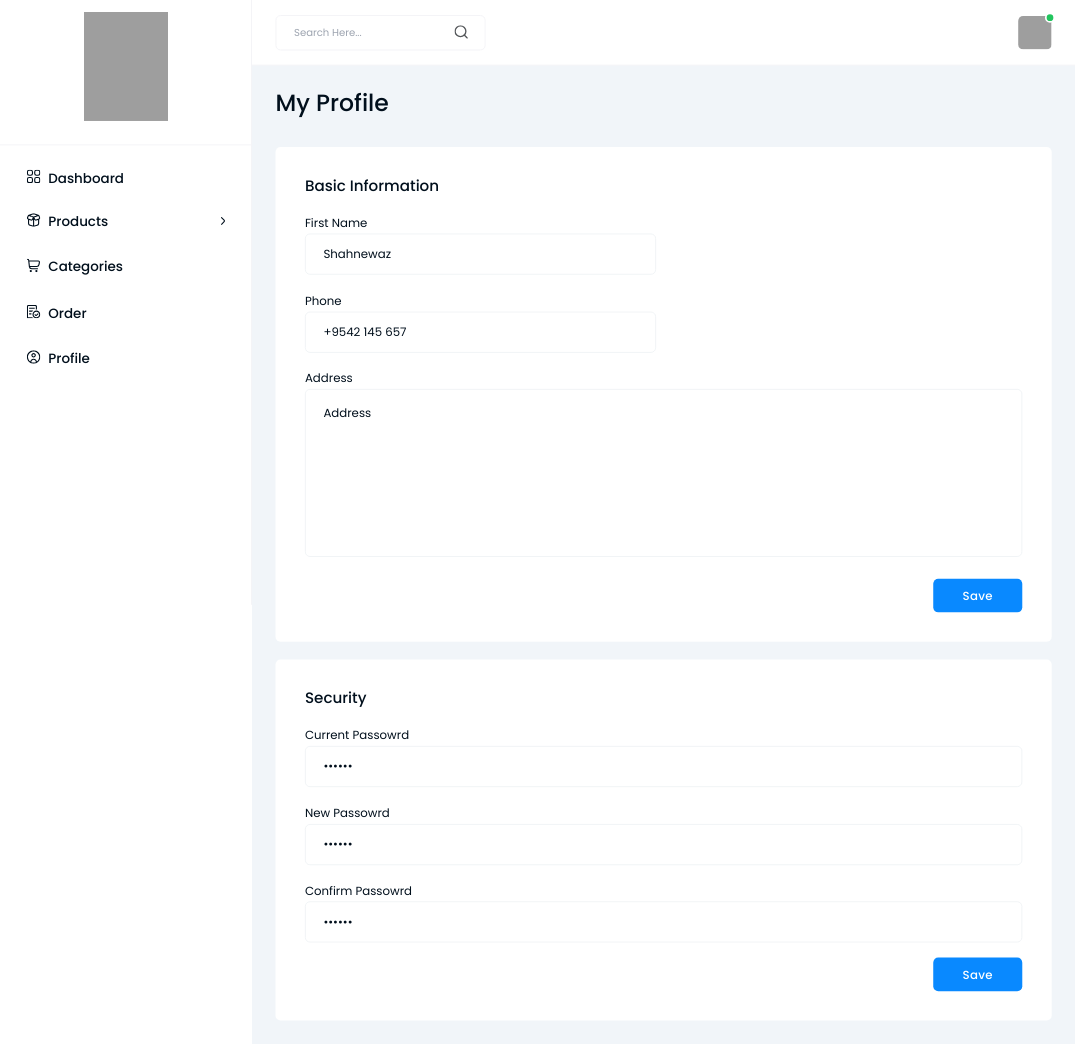
Repository: tienaq123/DuAn_1
Page: http://localhost/Duan1/Admin/profile.php
These files come from the project's save history. The page is drawn as it stood at one moment and after the next save; the edit follows.
The browser window is 1280 px wide. The pictures show the whole page, at 84% of full size.
Pictures or frames that could not be fetched are drawn as grey boxes. The page is run by PHP 8.4 with error messages shown; the project is at /var/www/html/.

Above is the page before, as saved 2023-07-27 20:54:41.

### Admin/profile.php
<!DOCTYPE html>
<html lang="en">

<head>
  <meta charset="UTF-8" />
  <meta http-equiv="X-UA-Compatible" content="IE=edge" />
  <meta name="viewport" content="width=device-width, initial-scale=1.0" />
  <title>ADMIN Cake</title>
  <link rel="shortcut icon" href="./../Public/img/favicon/favicon.ico" type="image/x-icon" />

  <!-- css links -->
  <link rel="stylesheet" href="assets/css/perfect-scrollbar.css" />
  <link rel="stylesheet" href="assets/css/choices.css" />
  <link rel="stylesheet" href="assets/css/apexcharts.css" />
  <link rel="stylesheet" href="assets/css/quill.css" />
  <link rel="stylesheet" href="assets/css/rangeslider.css" />
  <link rel="stylesheet" href="assets/css/custom.css" />
  <link rel="stylesheet" href="assets/css/main.css" />
</head>

<body>
  <div class="tp-main-wrapper bg-slate-100 h-screen" x-data="{ sideMenu: false }">
    <?php
    include '../Template/sideMenu.php'
    ?>

    <div class="fixed top-0 left-0 w-full h-full z-40 bg-black/70 transition-all duration-300" :class="sideMenu ? 'visible opacity-1' : '  invisible opacity-0 '" x-on:click="sideMenu = ! sideMenu"></div>

    <div class="tp-main-content lg:ml-[250px] xl:ml-[300px] w-[calc(100% - 300px)]" x-data="{ searchOverlay: false }">

      <!-- Header Admin -->
      <?php
      include '../Template/header_admin.php'
      ?>

      <div class="body-content px-8 py-8 bg-slate-100">
        <div class="flex justify-between mb-10">
          <div class="page-title">
            <h3 class="mb-0 text-[28px]">My Profile</h3>
          </div>
        </div>

        <!-- content here -->



        <div class="">
          <div class="grid grid-cols-12 gap-6">
            <div class="col-span-12 2xl:col-span-8">
              <div class="py-10 px-10 bg-white rounded-md">
                <h5 class="text-xl mb-6">Basic Information</h5>

                <div class="">
                  <div class="grid grid-cols-1 sm:grid-cols-2 gap-5">
                    <div class="mb-5">
                      <p class="mb-0 text-base text-black">First Name</p>
                      <input class="input w-full h-[49px] rounded-md border border-gray6 px-6 text-base text-black" type="text" placeholder="Name" value="Shahnewaz" />
                    </div>
                  </div>

                  <div class="grid grid-cols-1 sm:grid-cols-2 gap-5">
                    <div class="mb-5">
                      <p class="mb-0 text-base text-black">Phone</p>
                      <input class="input w-full h-[49px] rounded-md border border-gray6 px-6 text-base text-black" type="text" placeholder="Phone" value="+9542 145 657" />
                    </div>
                  </div>
                  <div class="mb-5">
                    <p class="mb-0 text-base text-black">Address</p>
                    <textarea class="input w-full h-[200px] py-4 rounded-md border border-gray6 px-6 text-base resize-none text-black" placeholder="Bio">Address</textarea>
                  </div>
                  <div class="text-end mt-5">
                    <button class="tp-btn px-10 py-2">Save</button>
                  </div>
                </div>
              </div>
            </div>
            <div class="col-span-12 2xl:col-span-4">
              <div class="py-10 px-10 bg-white rounded-md">
                <h5 class="text-xl mb-6">Security</h5>

                <div class="">
                  <div class="mb-5">
                    <p class="mb-0 text-base text-black">Current Passowrd</p>
                    <input class="input w-full h-[49px] rounded-md border border-gray6 px-6 text-base text-black" type="password" placeholder="Current Passowrd" value="123456" />
                  </div>
                  <div class="mb-5">
                    <p class="mb-0 text-base text-black">New Passowrd</p>
                    <input class="input w-full h-[49px] rounded-md border border-gray6 px-6 text-base text-black" type="password" placeholder="New Password" value="123456" />
                  </div>
                  <div class="mb-5">
                    <p class="mb-0 text-base text-black">Confirm Passowrd</p>
                    <input class="input w-full h-[49px] rounded-md border border-gray6 px-6 text-base text-black" type="password" placeholder="Confirm Password" value="123456" />
                  </div>
                  <div class="text-end mt-5">
                    <button class="tp-btn px-10 py-2">Save</button>
                  </div>
                </div>
              </div>
            </div>
          </div>
        </div>
      </div>
    </div>
  </div>

  <script src="assets/js/alpine.js"></script>
  <script src="assets/js/perfect-scrollbar.js"></script>
  <script src="assets/js/choices.js"></script>
  <script src="assets/js/chart.js"></script>
  <script src="assets/js/apexchart.js"></script>
  <script src="assets/js/quill.js"></script>
  <script src="assets/js/rangeslider.min.js"></script>
  <script src="assets/js/main.js"></script>
</body>

</html>

### Template/header_admin.php
<header class="relative z-10 bg-white border-b border-gray border-solid py-5 px-8 pr-8">
    <div class="flex justify-between">
        <div class="flex items-center space-x-6 lg:space-x-0">
            <button type="button" class="block lg:hidden text-2xl text-black" x-on:click="sideMenu = ! sideMenu">
                <svg width="20" height="12" viewBox="0 0 20 12" fill="none" xmlns="http://www.w3.org/2000/svg">
                    <path d="M1 1H19" stroke="currentColor" stroke-width="1.5" stroke-linecap="round" />
                    <path d="M1 6H19" stroke="currentColor" stroke-width="1.5" stroke-linecap="round" />
                    <path d="M1 11H19" stroke="currentColor" stroke-width="1.5" stroke-linecap="round" />
                </svg>
            </button>
            <div class="w-[30%] hidden md:block">
                <form action="#">
                    <div class="w-[250px] relative">
                        <input class="input h-12 w-full pr-[45px]" type="text" placeholder="Search Here..." />
                        <button class="absolute top-1/2 right-6 translate-y-[-50%] hover:text-theme">
                            <svg class="-translate-y-[2px]" width="16" height="16" viewBox="0 0 20 20" fill="none" xmlns="http://www.w3.org/2000/svg">
                                <path d="M9 17C13.4183 17 17 13.4183 17 9C17 4.58172 13.4183 1 9 1C4.58172 1 1 4.58172 1 9C1 13.4183 4.58172 17 9 17Z" stroke="currentColor" stroke-width="2" stroke-linecap="round" stroke-linejoin="round"></path>
                                <path d="M18.9999 19L14.6499 14.65" stroke="currentColor" stroke-width="2" stroke-linecap="round" stroke-linejoin="round"></path>
                            </svg>
                        </button>
                    </div>
                </form>
            </div>
        </div>

        <div class="flex items-center justify-end space-x-6">
            <div class="md:hidden">
                <button class="relative w-[40px] h-[40px] leading-[40px] rounded-md text-textBody border border-gray hover:bg-themeLight hover:text-theme hover:border-themeLight" x-on:click="searchOverlay = ! searchOverlay">
                    <svg class="-translate-y-[2px]" width="16" height="16" viewBox="0 0 20 20" fill="none" xmlns="http://www.w3.org/2000/svg">
                        <path d="M9 17C13.4183 17 17 13.4183 17 9C17 4.58172 13.4183 1 9 1C4.58172 1 1 4.58172 1 9C1 13.4183 4.58172 17 9 17Z" stroke="currentColor" stroke-width="2" stroke-linecap="round" stroke-linejoin="round"></path>
                        <path d="M18.9999 19L14.6499 14.65" stroke="currentColor" stroke-width="2" stroke-linecap="round" stroke-linejoin="round"></path>
                    </svg>
                </button>
            </div>

            <div class="relative w-[70%] flex justify-end items-center" x-data="{ userOption: false }">
                <button class="relative" type="button" x-on:click="userOption = ! userOption">
                    <img class="w-[40px] h-[40px] rounded-md" src="assets/img/users/user-10.jpg" alt="" />
                    <span class="w-[12px] h-[12px] inline-block bg-green-500 rounded-full absolute -top-[4px] -right-[4px] border-[2px] border-white"></span>
                </button>
                <div x-show="userOption" x-on:click.outside="userOption = false" x-transition:enter="transition ease-out duration-200 origin-top" x-transition:enter-start="opacity-0 scale-y-90" x-transition:enter-end="opacity-100 scale-y-100" x-transition:leave="transition ease-in duration-200 origin-top" x-transition:leave-start="opacity-100 scale-y-200" x-transition:leave-end="opacity-0 scale-y-90" class="absolute w-[280px] top-full right-0 shadow-lg rounded-md bg-white py-5 px-5">
                    <div class="flex items-center space-x-3 border-b border-gray pb-3 mb-2">
                        <div class="">
                            <img class="w-[50px] h-[50px] rounded-md" src="assets/img/users/user-10.jpg" alt="" />
                        </div>
                        <div class="">
                            <h5 class="text-base mb-1 leading-none">Shahnewaz</h5>
                            <p class="mb-0 text-tiny leading-none">
                                shahnewaz@mail.com
                            </p>
                        </div>
                    </div>
                    <ul>
                        <li>
                            <a href="index.html" class="px-5 py-2 w-full block hover:bg-gray rounded-md hover:text-theme text-base">Dashboard</a>
                        </li>
                        <li>
                            <a href="profile.html" class="px-5 py-2 w-full block hover:bg-gray rounded-md hover:text-theme text-base">
                                Account Settings
                            </a>
                        </li>
                        <li>
                            <a href="login.html" class="px-5 py-2 w-full block hover:bg-gray rounded-md hover:text-theme text-base">
                                Logout
                            </a>
                        </li>
                    </ul>
                </div>
            </div>
        </div>
    </div>

    <!-- search -->
    <div class="fixed top-0 left-0 w-full bg-white p-10 z-50 transition-transform duration-300 md:hidden" :class="searchOverlay ? 'translate-y-[0px]' : ' -translate-y-[230px] lg:translate-y-[0]'">
        <form action="#">
            <div class="relative mb-3">
                <input class="input h-12 w-full pr-[45px]" type="text" placeholder="Search Here..." />
                <button class="absolute top-1/2 right-6 translate-y-[-50%] hover:text-theme">
                    <svg class="-translate-y-[2px]" width="16" height="16" viewBox="0 0 20 20" fill="none" xmlns="http://www.w3.org/2000/svg">
                        <path d="M9 17C13.4183 17 17 13.4183 17 9C17 4.58172 13.4183 1 9 1C4.58172 1 1 4.58172 1 9C1 13.4183 4.58172 17 9 17Z" stroke="currentColor" stroke-width="2" stroke-linecap="round" stroke-linejoin="round"></path>
                        <path d="M18.9999 19L14.6499 14.65" stroke="currentColor" stroke-width="2" stroke-linecap="round" stroke-linejoin="round"></path>
                    </svg>
                </button>
            </div>
        </form>
        <div class="">
            <span class="text-tiny mr-2">Keywords :</span>
            <a href="#" class="inline-block px-3 py-1 border border-gray6 text-tiny leading-none rounded-[4px] hover:text-white hover:bg-theme hover:border-theme">Customer</a>
            <a href="#" class="inline-block px-3 py-1 border border-gray6 text-tiny leading-none rounded-[4px] hover:text-white hover:bg-theme hover:border-theme">Product</a>
            <a href="#" class="inline-block px-3 py-1 border border-gray6 text-tiny leading-none rounded-[4px] hover:text-white hover:bg-theme hover:border-theme">Orders</a>
        </div>
    </div>
    <div class="fixed top-0 left-0 w-full h-full z-40 bg-black/70 transition-all duration-300" :class="searchOverlay ? 'visible opacity-1' : '  invisible opacity-0 '" x-on:click="searchOverlay = ! searchOverlay"></div>
</header>

### Admin/assets/css/perfect-scrollbar.css
/*
 * Container style
 */
.ps {
  overflow: hidden !important;
  overflow-anchor: none;
  -ms-overflow-style: none;
  touch-action: auto;
  -ms-touch-action: auto;
}

/*
 * Scrollbar rail styles
 */
.ps__rail-x {
  display: none;
  opacity: 0;
  transition: background-color .2s linear, opacity .2s linear;
  -webkit-transition: background-color .2s linear, opacity .2s linear;
  height: 15px;
  /* there must be 'bottom' or 'top' for ps__rail-x */
  bottom: 0px;
  /* please don't change 'position' */
  position: absolute;
}

.ps__rail-y {
  display: none;
  opacity: 0;
  transition: background-color .2s linear, opacity .2s linear;
  -webkit-transition: background-color .2s linear, opacity .2s linear;
  width: 15px;
  /* there must be 'right' or 'left' for ps__rail-y */
  right: 0;
  /* please don't change 'position' */
  position: absolute;
}

.ps--active-x > .ps__rail-x,
.ps--active-y > .ps__rail-y {
  display: block;
  background-color: transparent;
}

.ps:hover > .ps__rail-x,
.ps:hover > .ps__rail-y,
.ps--focus > .ps__rail-x,
.ps--focus > .ps__rail-y,
.ps--scrolling-x > .ps__rail-x,
.ps--scrolling-y > .ps__rail-y {
  opacity: 0.6;
}

.ps .ps__rail-x:hover,
.ps .ps__rail-y:hover,
.ps .ps__rail-x:focus,
.ps .ps__rail-y:focus,
.ps .ps__rail-x.ps--clicking,
.ps .ps__rail-y.ps--clicking {
  background-color: #eee;
  opacity: 0.9;
}

/*
 * Scrollbar thumb styles
 */
.ps__thumb-x {
  background-color: #aaa;
  border-radius: 6px;
  transition: background-color .2s linear, height .2s ease-in-out;
  -webkit-transition: background-color .2s linear, height .2s ease-in-out;
  height: 6px;
  /* there must be 'bottom' for ps__thumb-x */
  bottom: 2px;
  /* please don't change 'position' */
  position: absolute;
}

.ps__thumb-y {
  background-color: #aaa;
  border-radius: 6px;
  transition: background-color .2s linear, width .2s ease-in-out;
  -webkit-transition: background-color .2s linear, width .2s ease-in-out;
  width: 6px;
  /* there must be 'right' for ps__thumb-y */
  right: 2px;
  /* please don't change 'position' */
  position: absolute;
}

.ps__rail-x:hover > .ps__thumb-x,
.ps__rail-x:focus > .ps__thumb-x,
.ps__rail-x.ps--clicking .ps__thumb-x {
  background-color: #999;
  height: 11px;
}

.ps__rail-y:hover > .ps__thumb-y,
.ps__rail-y:focus > .ps__thumb-y,
.ps__rail-y.ps--clicking .ps__thumb-y {
  background-color: #999;
  width: 11px;
}

/* MS supports */
@supports (-ms-overflow-style: none) {
  .ps {
    overflow: auto !important;
  }
}

@media screen and (-ms-high-contrast: active), (-ms-high-contrast: none) {
  .ps {
    overflow: auto !important;
  }
}

### Admin/assets/css/rangeslider.css
 .irs {
   position: relative;
   display: block;
   -webkit-touch-callout: none;
   -webkit-user-select: none;
   -khtml-user-select: none;
   -moz-user-select: none;
   -ms-user-select: none;
   user-select: none;
   font-size: 12px;
   font-family: Arial, sans-serif;
 }
 .irs-line {
   position: relative;
   display: block;
   overflow: hidden;
   outline: none !important;
 }
.irs-shadow {
    position: absolute;
    display: none;
    left: 0;
    width: 0;
}
.irs-bar {
    position: absolute;
    display: block;
    left: 0;
    width: 0;
}
.irs-handle {
    position: absolute;
    display: block;
    box-sizing: border-box;
    cursor: default;
    z-index: 1;
}
.irs-handle.type_last {
    z-index: 2;
}
.irs-min,
.irs-max {
    position: absolute;
    display: block;
    cursor: default;
}
.irs-min {
    left: 0;
}
.irs-max {
    right: 0;
}
.irs-from,
.irs-to,
.irs-single {
    position: absolute;
    display: block;
    top: 0;
    left: 0;
    cursor: default;
    white-space: nowrap;
}
.irs-grid {
    position: absolute;
    display: none;
    bottom: 0;
    left: 0;
    width: 100%;
    height: 20px;
}
.irs-with-grid .irs-grid {
    display: block;
}
.irs-grid-pol {
    position: absolute;
    top: 0;
    left: 0;
    width: 1px;
    height: 8px;
    background: #000;
}
.irs-grid-pol.small {
    height: 4px;
}
.irs-grid-text {
    position: absolute;
    bottom: 0;
    left: 0;
    white-space: nowrap;
    text-align: center;
    font-size: 9px;
    line-height: 9px;
    padding: 0 3px;
    color: #000;
}
.irs-disable-mask {
    position: absolute;
    display: block;
    top: 0;
    left: -1%;
    width: 102%;
    height: 100%;
    cursor: default;
    background: rgba(0, 0, 0, 0);
    z-index: 2;
}
.lt-ie9 .irs-disable-mask {
    background: #000;
    filter: alpha(opacity=0);
    cursor: not-allowed;
}
.irs-disabled {
    opacity: 0.4;
}
.irs-hidden-input {
    position: absolute !important;
    display: block !important;
    top: 0 !important;
    left: 0 !important;
    width: 0 !important;
    height: 0 !important;
    font-size: 0 !important;
    line-height: 0 !important;
    padding: 0 !important;
    margin: 0 !important;
    overflow: hidden;
    outline: none !important;
    z-index: -9999 !important;
    background: none !important;
    border-style: solid !important;
    border-color: transparent !important;
}
.irs--flat {
    height: 40px;
}
.irs--flat.irs-with-grid {
    height: 60px;
}
.irs--flat .irs-line {
    top: 25px;
    height: 12px;
    background-color: #dee5eb;
    border-radius: 4px;
}
.irs--flat .irs-bar {
    top: 25px;
    height: 12px;
    background-color: #485ed2;
}
.irs--flat .irs-bar--single {
    border-radius: 4px 0 0 4px;
}
.irs--flat .irs-shadow {
    height: 1px;
    bottom: 16px;
    background-color: #dee5eb;
}
.irs--flat .irs-handle {
    top: 22px;
    width: 16px;
    height: 18px;
    background-color: transparent;
}
.irs--flat .irs-handle > i:first-child {
    position: absolute;
    display: block;
    top: 0;
    left: 50%;
    width: 2px;
    height: 100%;
    margin-left: -1px;
    border-radius: 1px;
    background-color: #3243a9;
}
.irs--flat .irs-handle.state_hover > i:first-child,
.irs--flat .irs-handle:hover > i:first-child {
    background-color: #5783f4;
}
.irs--flat .irs-min,
.irs--flat .irs-max {
    top: 0;
    padding: 1px 3px;
    color: #5d687d;
    font-size: 10px;
    line-height: 1.333;
    text-shadow: none;
    background-color: #dee5eb;
    border-radius: 4px;
}
.irs--flat .irs-from,
.irs--flat .irs-to,
.irs--flat .irs-single {
    color: white;
    font-size: 10px;
    line-height: 1.333;
    text-shadow: none;
    padding: 1px 5px;
    background-color: #485ed2;
    border-radius: 4px;
}
.irs--flat .irs-from:before,
.irs--flat .irs-to:before,
.irs--flat .irs-single:before {
    position: absolute;
    display: block;
    content: "";
    bottom: -6px;
    left: 50%;
    width: 0;
    height: 0;
    margin-left: -3px;
    overflow: hidden;
    border: 3px solid transparent;
    border-top-color: #485ed2;
}
.irs--flat .irs-grid-pol {
    background-color: #dee5eb;
}
.irs--flat .irs-grid-text {
    color: #5d687d;
}

Loaded but not shown: Admin/assets/css/choices.css (library); Admin/assets/js/alpine.js (library); Admin/assets/js/choices.js (library); Admin/assets/js/chart.js (library); Admin/assets/js/apexchart.js (library); Admin/assets/js/quill.js (library); Admin/assets/js/rangeslider.min.js (library); Admin/assets/js/perfect-scrollbar.js (1348 lines, source omitted); Admin/assets/js/main.js (724 lines, source omitted); Admin/assets/css/main.css (2953 lines, source omitted); Admin/assets/css/quill.css (1108 lines, source omitted); Admin/assets/css/apexcharts.css (581 lines, source omitted); Template/sideMenu.php (111 lines, source omitted); Public/css/custom.css (no copy from this time; the picture is the same without it)

After the next save:
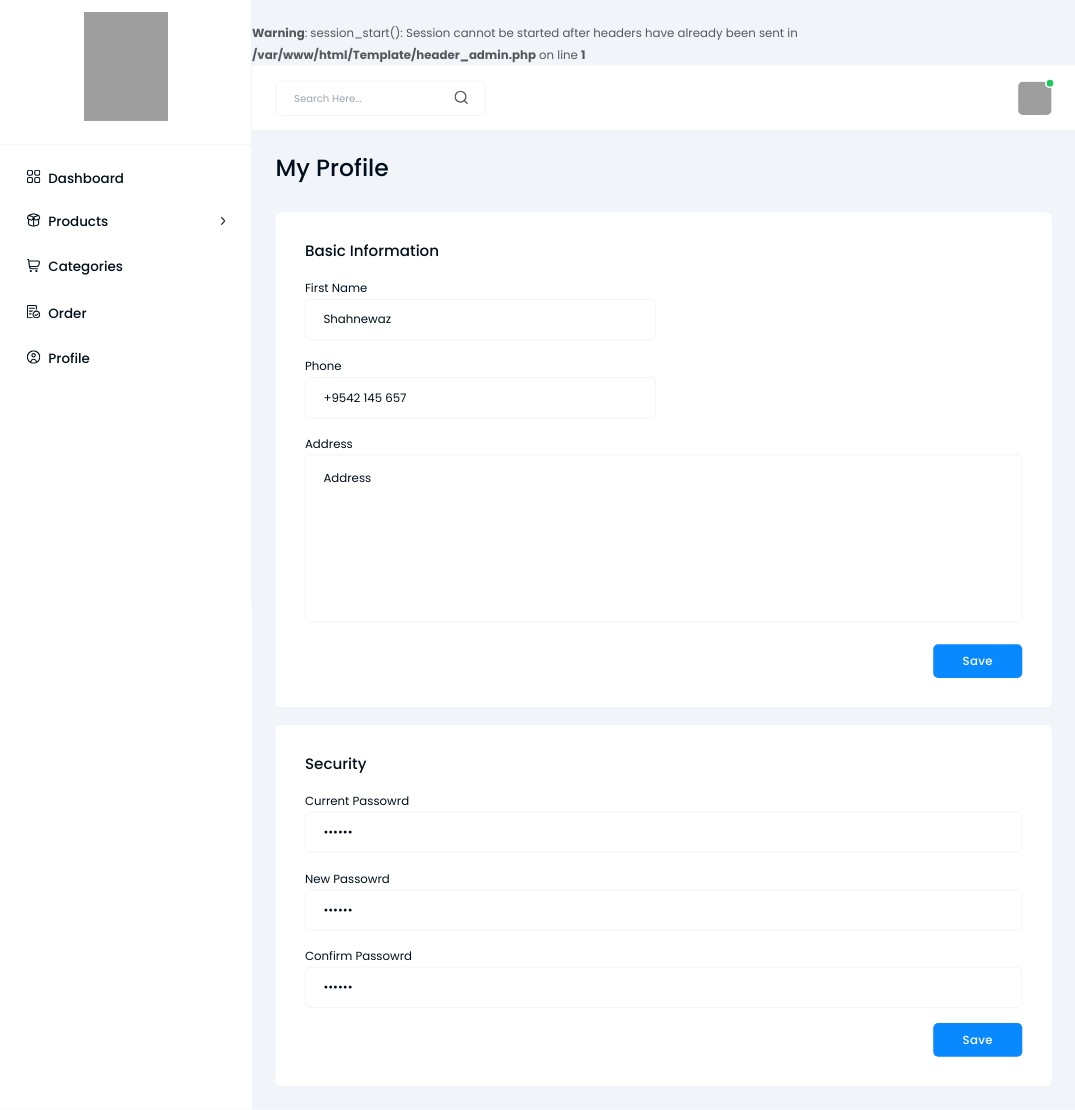
Saved 61 s later.
--- a/Template/header_admin.php
+++ b/Template/header_admin.php
@@ -1,3 +1,5 @@
+<?php session_start();
+?>
 <header class="relative z-10 bg-white border-b border-gray border-solid py-5 px-8 pr-8">
     <div class="flex justify-between">
         <div class="flex items-center space-x-6 lg:space-x-0">
